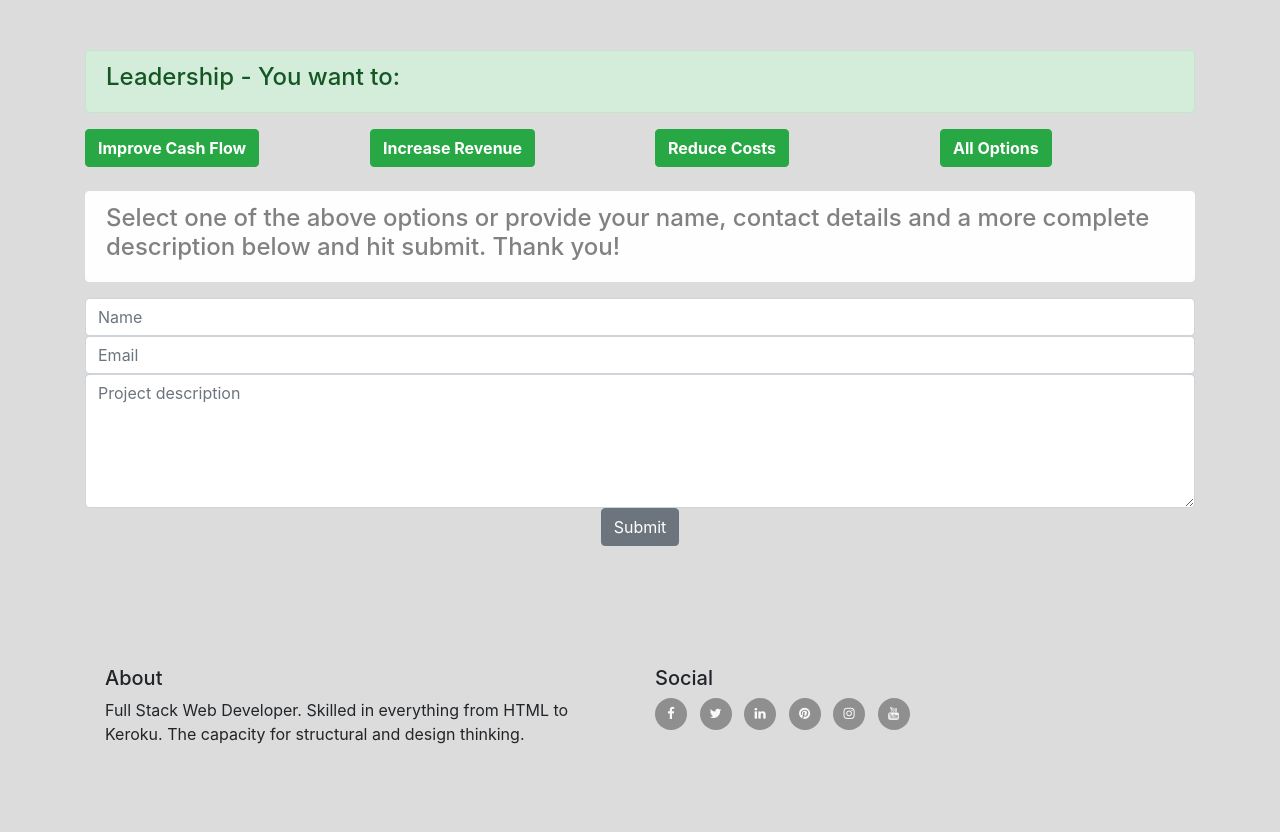
Repository: Code-Institute-Submissions/tenerim-milestone1
Page: Leadership.html
The author's editor kept a record of every edit. The page is drawn from the files as they stood at one moment, then again after the next edit.
The browser window is 1280 px wide. The pictures show the whole page.

Above is the page before.

After the next edit:
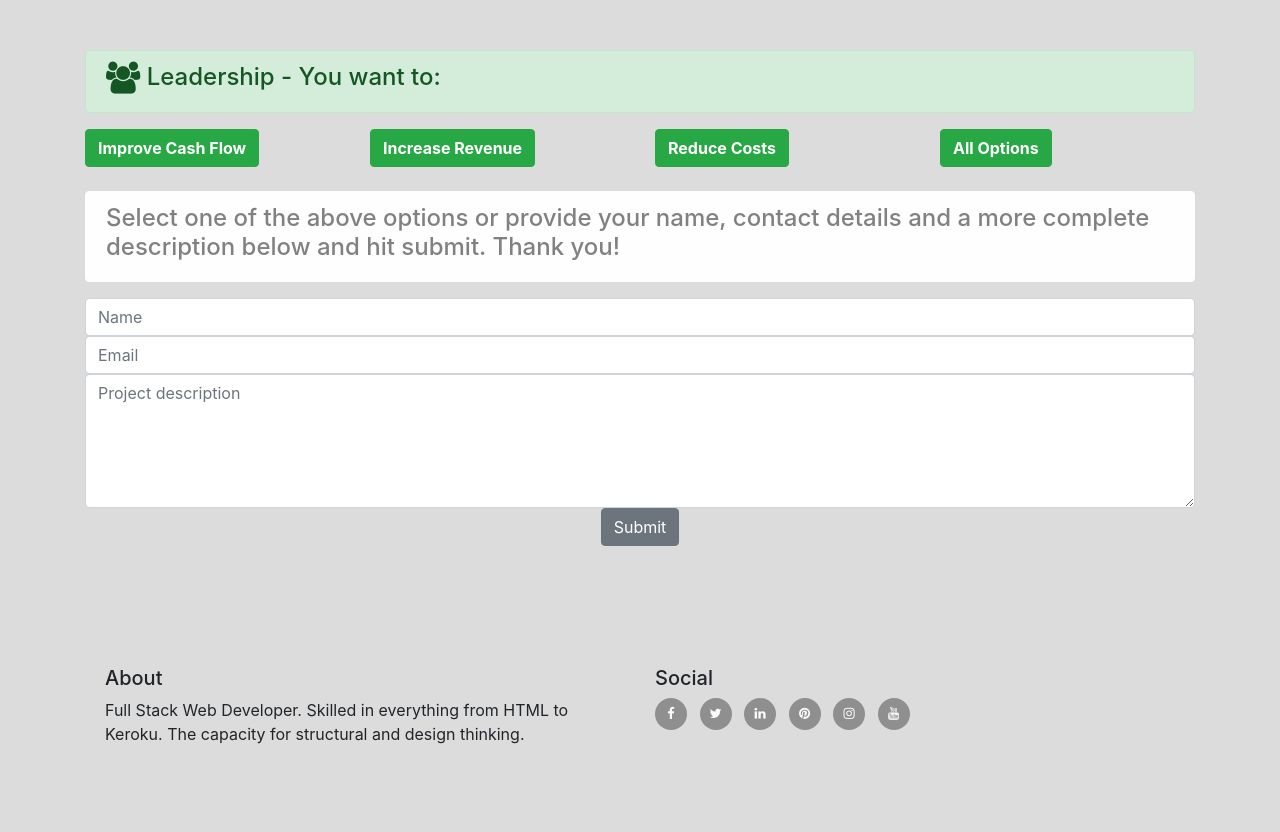
The edit:
--- a/Leadership.html
+++ b/Leadership.html
@@ -25,7 +25,7 @@
             <div class="row">
                 <div class="col-sm-12">
                     <div class="alert alert-success" role="alert">
-                        <h4 class="alert-heading">Leadership - You want to:</h4>
+                        <h4 class="alert-heading"><i class="fa fa-users fa-lg" aria-hidden="true">  </i> Leadership - You want to:</h4>
                     </div>
                 </div>
             </div>
